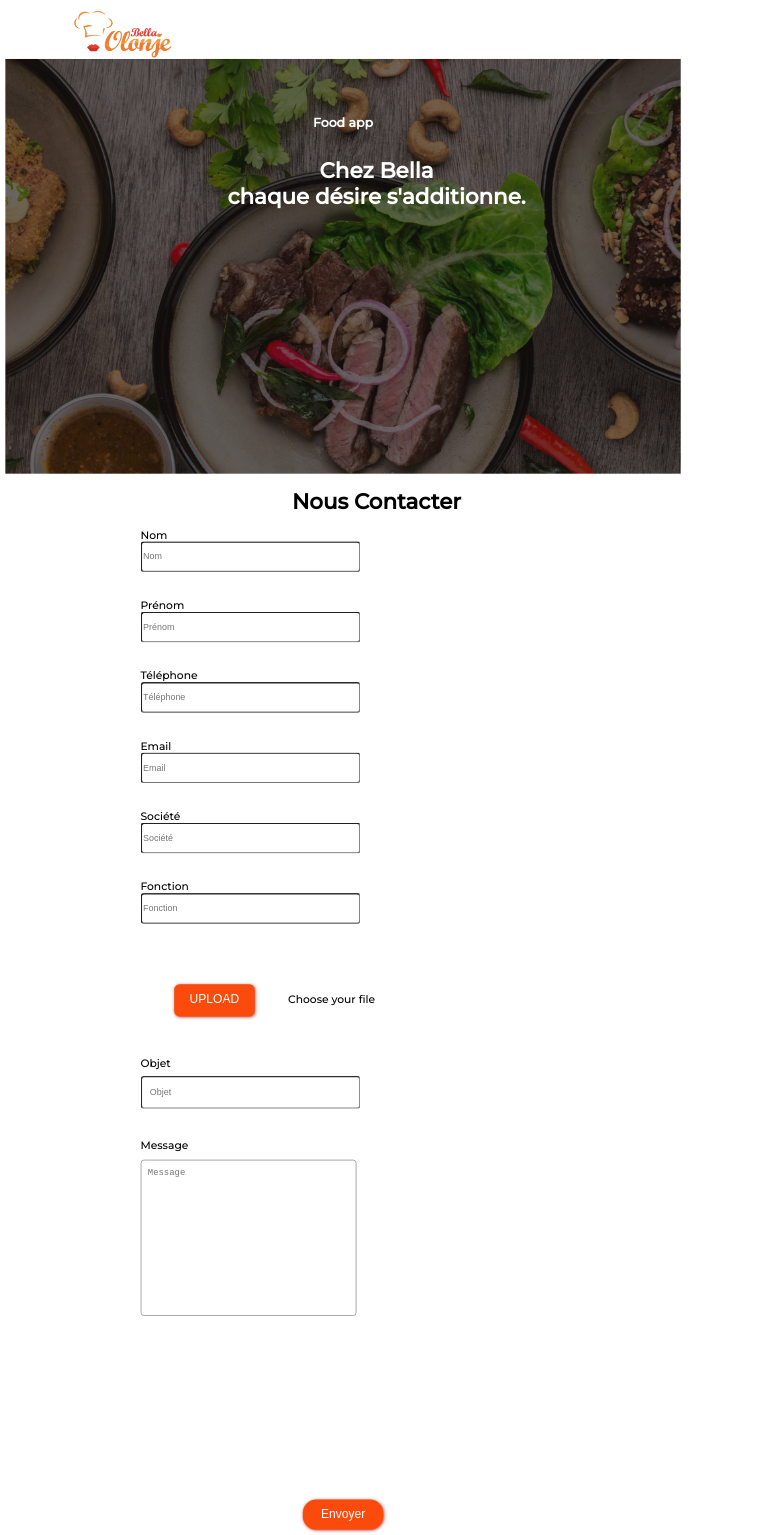
Repository: Ahlam-belhadj/bella-olange
Page: index3.html
The author's editor kept a copy of each file at every save. The page is drawn from the files as they stood at one save, then again after a run of saves.
The browser window is 1024 px wide. The page is 1166 px wide, so the pictures cover 1166 px, including what lies to the right of the window. The pictures show the whole page, at 67% of full size.
Pictures or frames that could not be fetched are drawn as grey boxes.

Above is the page before, as saved 2023-02-14 15:28:17.

After the next 3 saves:
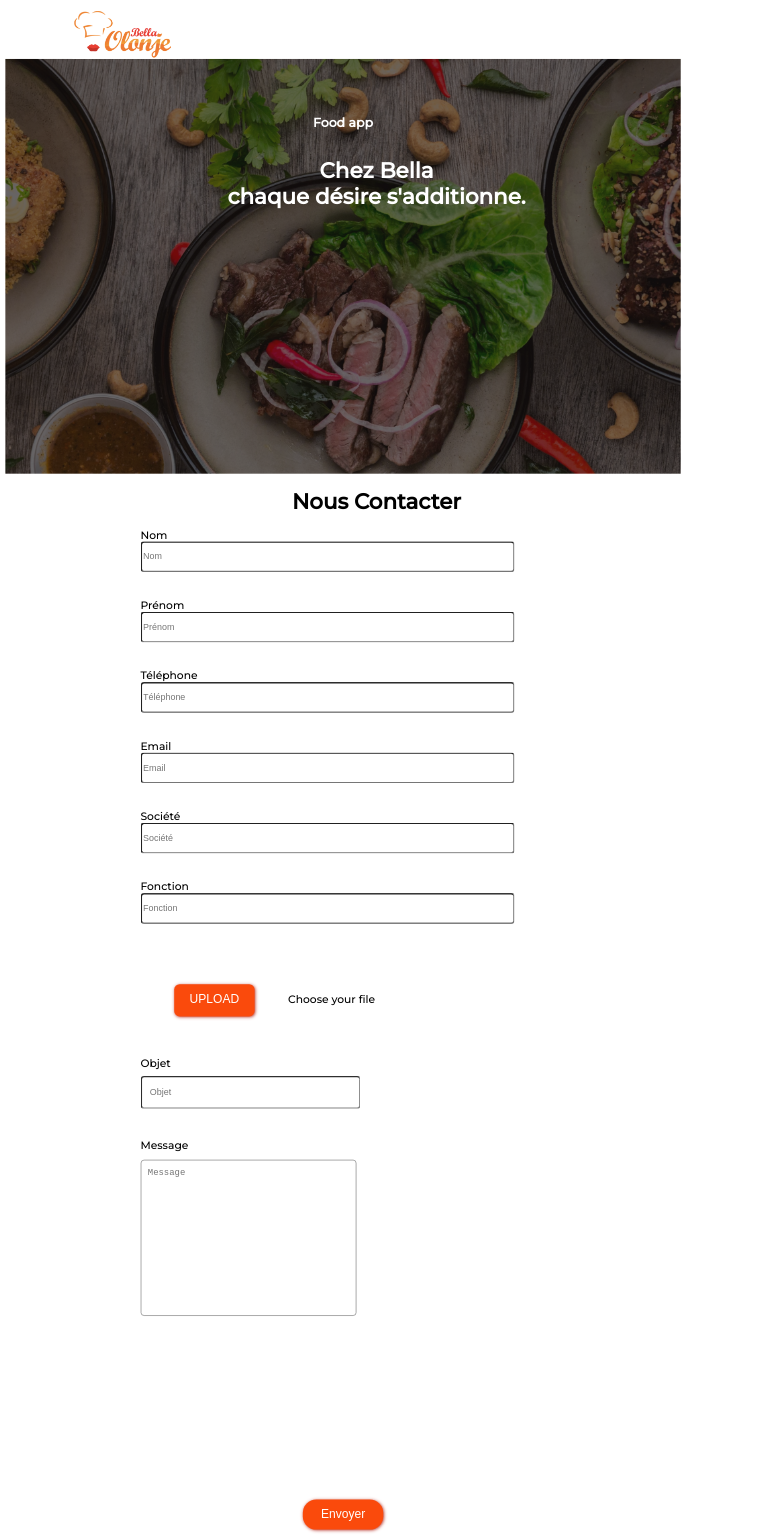
The 3 saves are shown as one change because they came seconds apart.
The last was saved 3 min 50 s later.
--- a/style3.css
+++ b/style3.css
@@ -403,5 +403,10 @@ textarea {
         text-align: center;
       }
 
-
-}
+      input {
+        width: 550px;
+
+      }
+
+
+}
